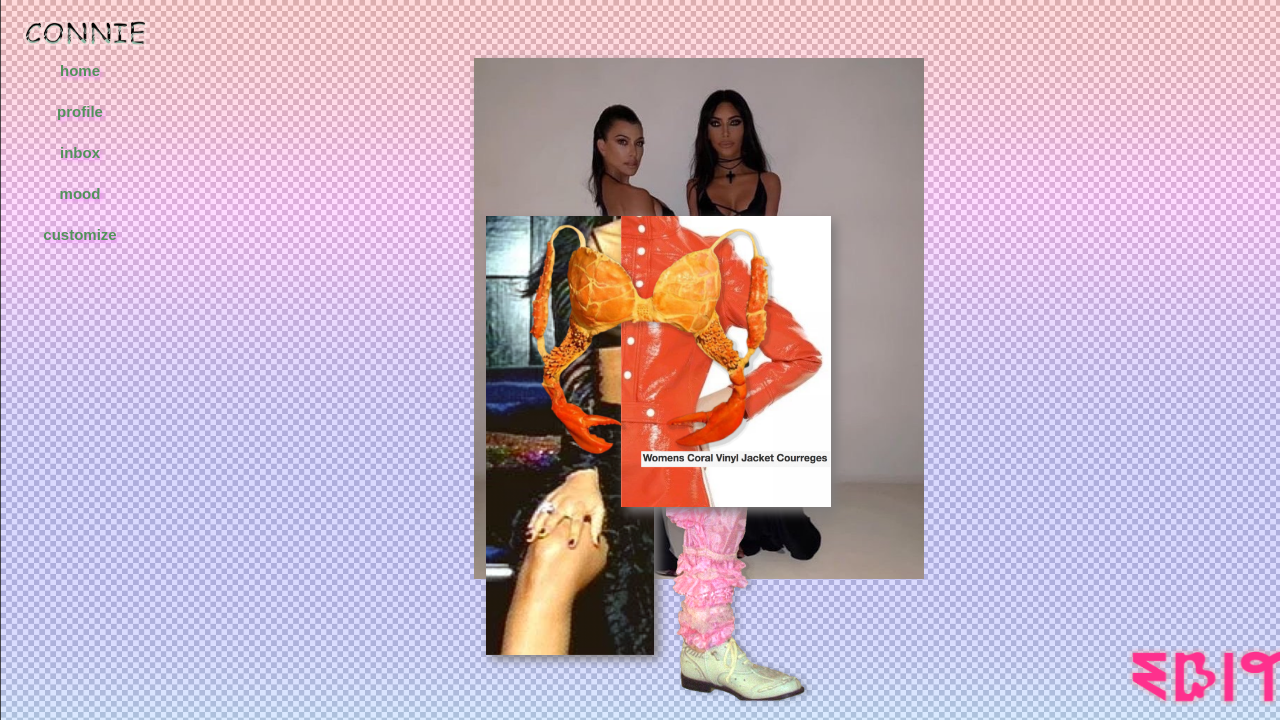
Repository: xuc009/xuc009.github.io
Page: track12/index.html
An editor plug-in stored every save of this project. The page is shown before and after a run of saves, followed by the edit.
The browser window is 1280 px wide. The pictures show the whole page.
Some web fonts or font styles are not loaded; a fallback is used. Some web libraries are served in a nearby version.

Above is the page before, as saved 2018-12-08 16:49:06.

After the next 2 saves:
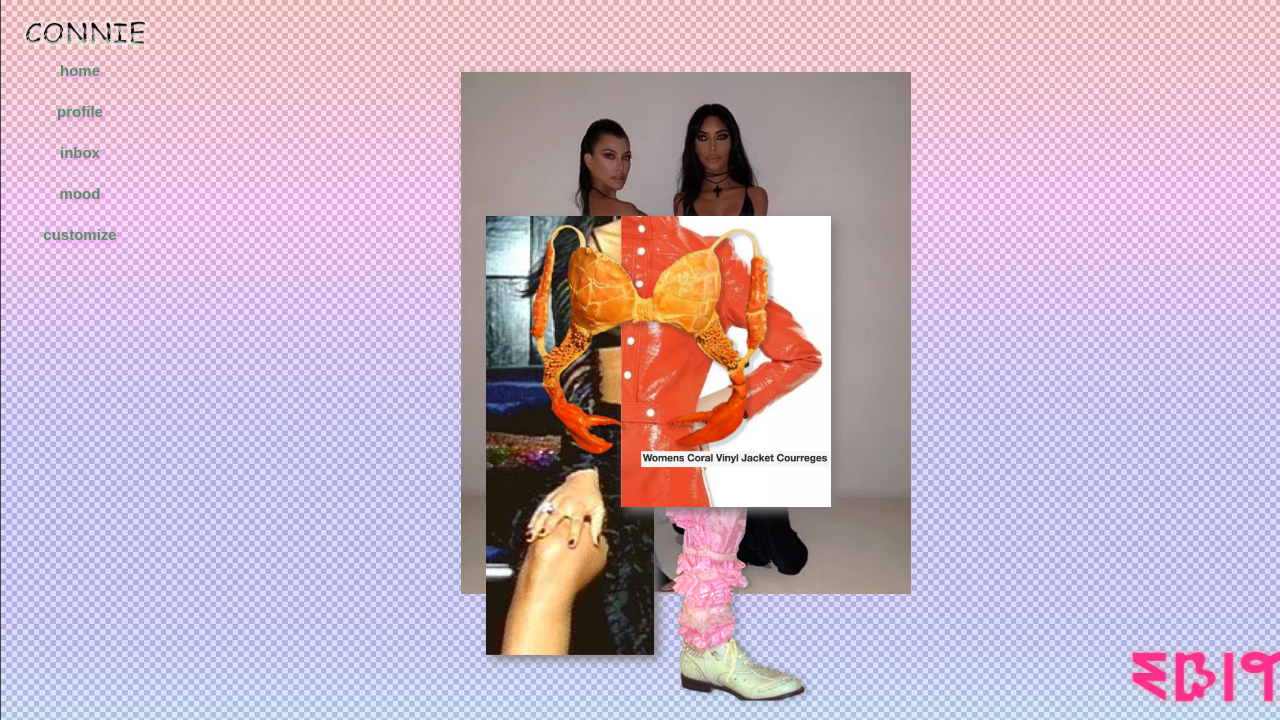
The 2 saves are shown as one change because they came seconds apart.
The last was saved 9 s later.
--- a/track12/assets/css/styles.css
+++ b/track12/assets/css/styles.css
@@ -51,8 +51,8 @@
     box-shadow: 5px 5px 10px #807d7d;
     cursor: move;
     position: absolute;
-    top: 8%;
-    left: 37%;
+    top: 10%;
+    left: 36%;
 }
 
 
